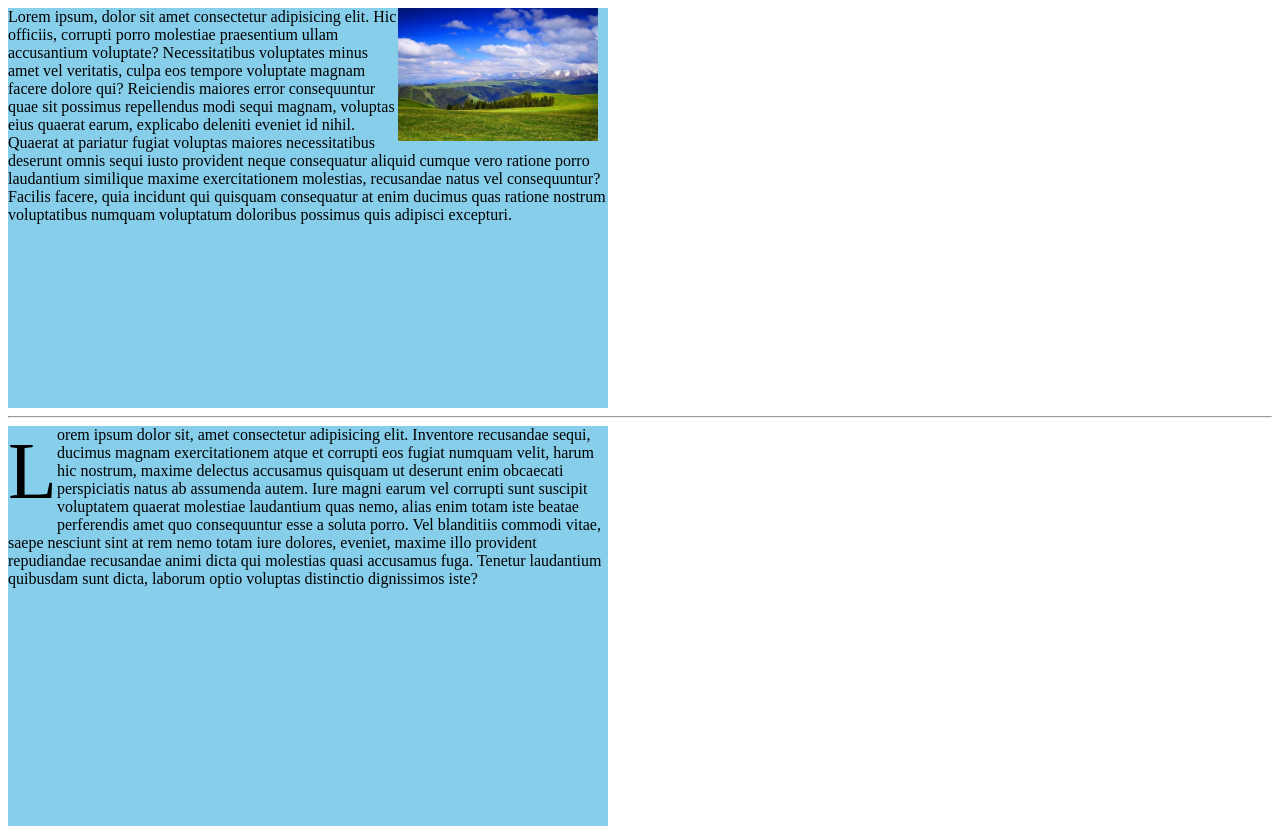
Repository: 123648923/html5-css3
Page: css/16 浮动/01 浮动简介.html
The author's editor kept a copy of each file at every save. The page is drawn from the files as they stood at one save, then again after the next save.
The browser window is 1280 px wide. The pictures show the whole page.

Above is the page before, as saved 2023-11-07 15:23:56.

### css/16 浮动/01 浮动简介.html
<!DOCTYPE html>
<html lang="zh-CN">

<head>
    <meta charset="UTF-8">
    <title>浮动简介</title>
    <style>
        div {
            width: 600px;
            height: 400px;
            background-color: skyblue;
        }

        img {
            width: 200px;
            float: right;
            margin-right: 10px;
        }

        .test::first-letter {
            font-size: 80px;
            float: left;
        }
    </style>
</head>

<body>
    <div>
        <img src="../../fj.webp" alt="">
        Lorem ipsum, dolor sit amet consectetur adipisicing elit. Hic officiis, corrupti porro molestiae praesentium
        ullam accusantium voluptate? Necessitatibus voluptates minus amet vel veritatis, culpa eos tempore voluptate
        magnam facere dolore qui? Reiciendis maiores error consequuntur quae sit possimus repellendus modi sequi magnam,
        voluptas eius quaerat earum, explicabo deleniti eveniet id nihil. Quaerat at pariatur fugiat voluptas maiores
        necessitatibus deserunt omnis sequi iusto provident neque consequatur aliquid cumque vero ratione porro
        laudantium similique maxime exercitationem molestias, recusandae natus vel consequuntur? Facilis facere, quia
        incidunt qui quisquam consequatur at enim ducimus quas ratione nostrum voluptatibus numquam voluptatum doloribus
        possimus quis adipisci excepturi.
    </div>
    <hr>
    <div class="test">Lorem ipsum dolor sit, amet consectetur adipisicing elit. Inventore recusandae sequi, ducimus
        magnam
        exercitationem atque et corrupti eos fugiat numquam velit, harum hic nostrum, maxime delectus accusamus quisquam
        ut deserunt enim obcaecati perspiciatis natus ab assumenda autem. Iure magni earum vel corrupti sunt suscipit
        voluptatem quaerat molestiae laudantium quas nemo, alias enim totam iste beatae perferendis amet quo
        consequuntur esse a soluta porro. Vel blanditiis commodi vitae, saepe nesciunt sint at rem nemo totam iure
        dolores, eveniet, maxime illo provident repudiandae recusandae animi dicta qui molestias quasi accusamus fuga.
        Tenetur laudantium quibusdam sunt dicta, laborum optio voluptas distinctio dignissimos iste?</div>
</body>

</html>

After the next save:
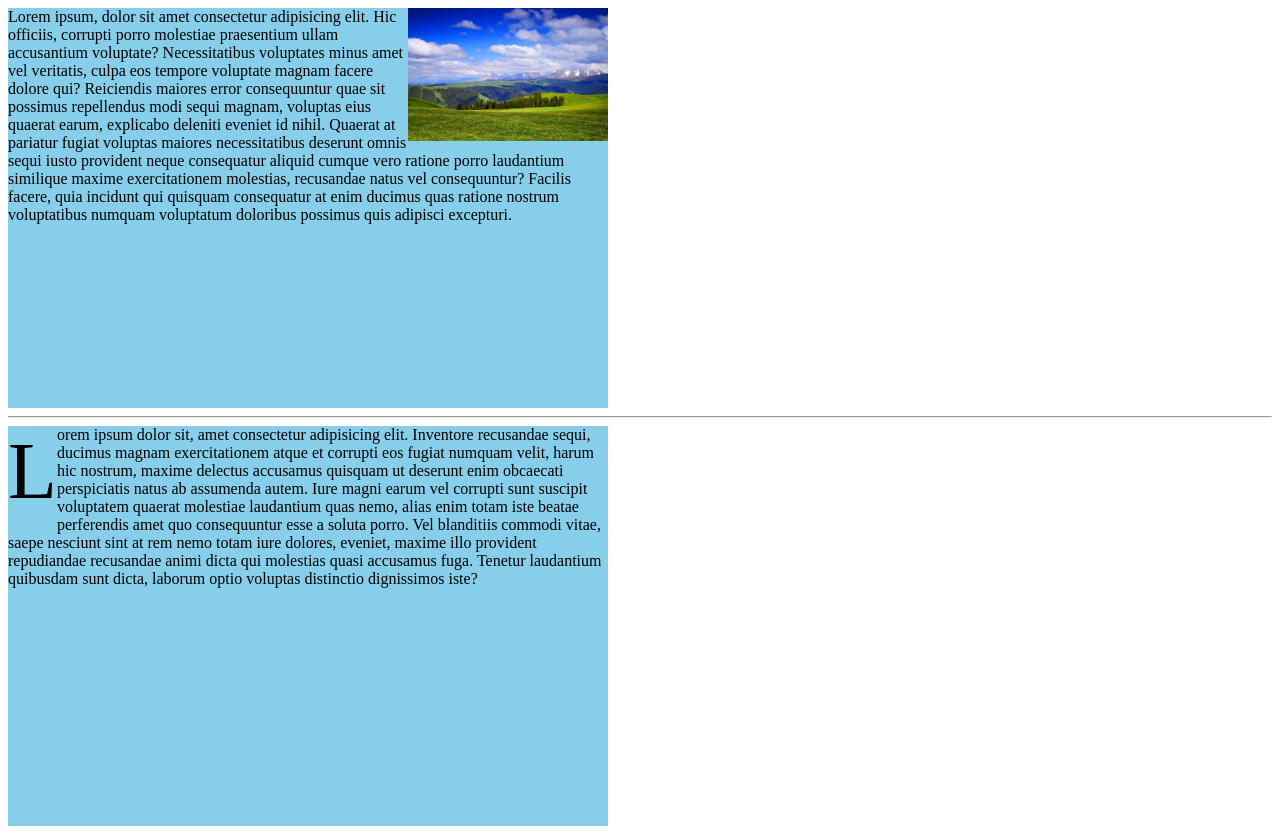
Saved 1 s later.
--- a/css/16 浮动/01 浮动简介.html
+++ b/css/16 浮动/01 浮动简介.html
@@ -14,7 +14,7 @@
         img {
             width: 200px;
             float: right;
-            margin-right: 10px;
+            /* margin-right: 10px; */
         }
 
         .test::first-letter {
